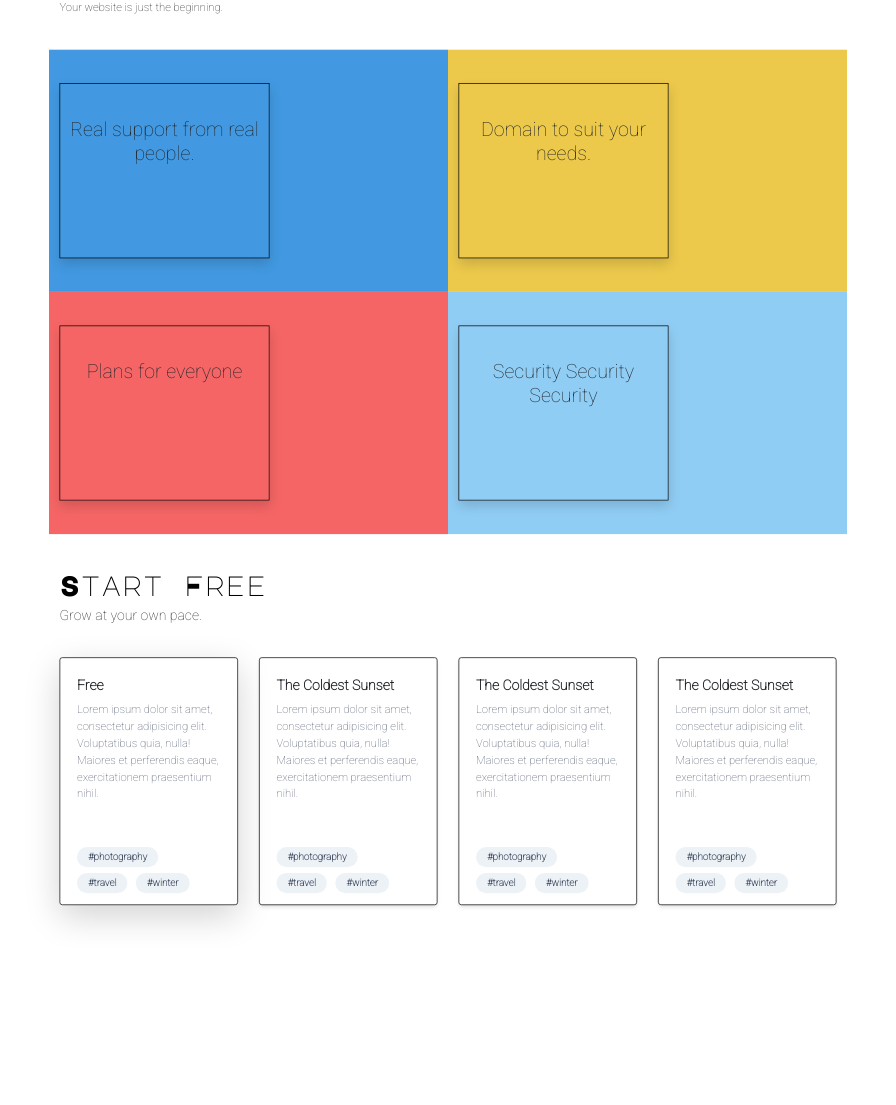
Repository: latenightsnacc/TriSpace
Page: home.html
These files come from the project's save history. The page is drawn as it stood at one moment and after the next save; the edit follows.
The browser window is 1280 px wide. The pictures show the part of the page from y = 3310 to 5230 px (the page is 4889 px tall before and 5230 px after), at 70% of full size.
The style sheet was rebuilt from its Sass, Less or Tailwind sources for each picture, by a compiler version that may differ from the author's.

Above is the page before, as saved 2020-11-20 10:09:23.

After the next save:
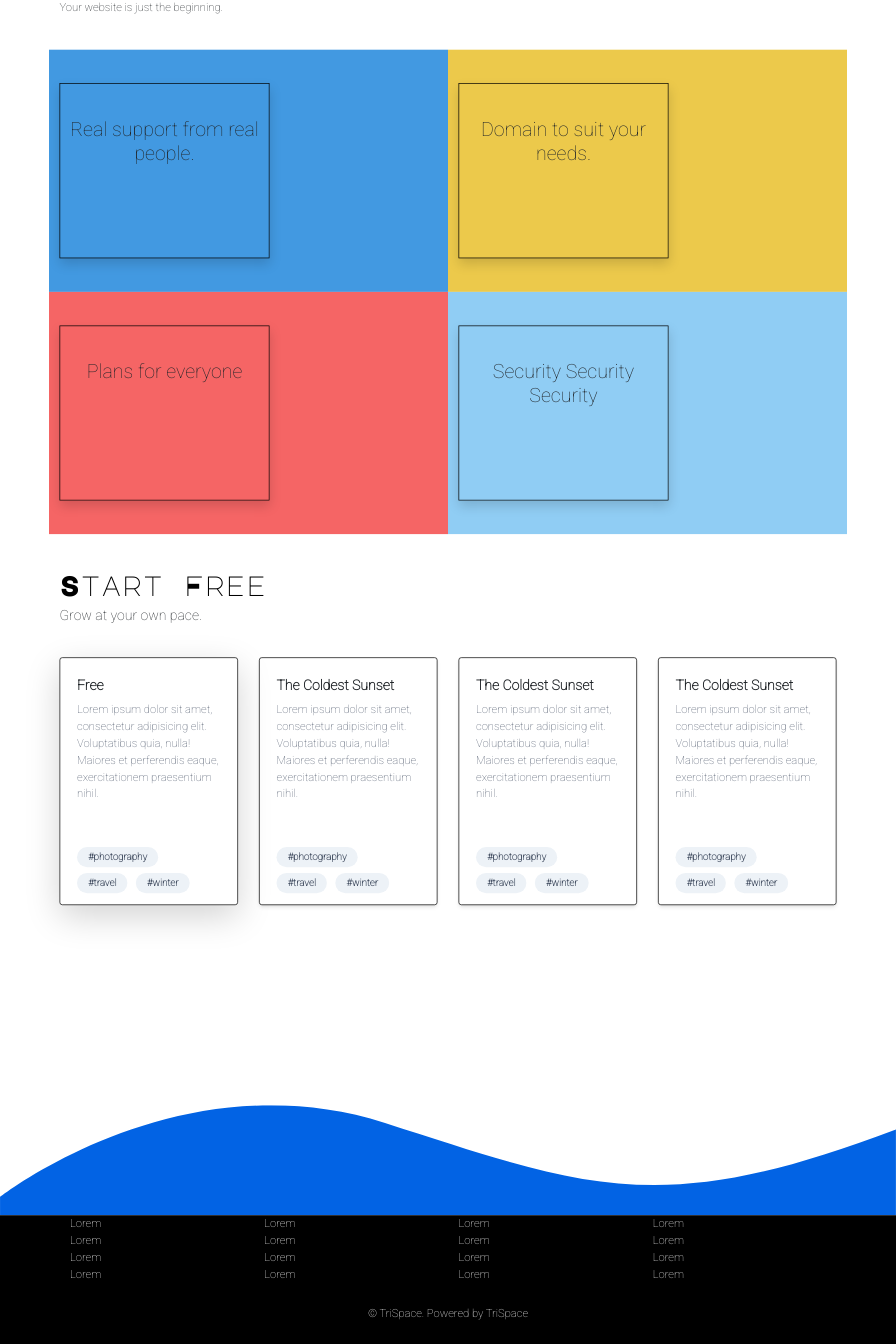
Saved 27 s later.
--- a/home.html
+++ b/home.html
@@ -279,6 +279,91 @@
             </div>
         </div>
         <!--End of Pricing-->
+
+        <!--SVG BACKGROUND-->
+        <svg id="curve" data-name=" Layer 1" xmlns="https://www.w3.org/2000/svg" viewBox= "0 0 1416.99 174.01">
+            <defs>
+                <style>
+                    .cls-1{fill: #0263e4;}
+                </style>
+            </defs>
+            <title>Wavy Background</title>
+            <path class="cls-1" d="M0,280.8S283.66,59,608.94,163.56s437.93,150.57,808,10.34V309.54H0V280.8Z" transform="translate(0 -135.53)"/>
+        </svg>
+        <!--End of SVG-->
+
+        <!--Footer-->
+        <div class="footer wavy">
+            <div class="container">
+                <div class="row mx-auto">
+                    <div class="col-xs-6 col-s-6 col-md-3 col-lg-3 col-xl-3">
+                        <ul class="footer-menu">
+                            <li>
+                                <a href="#" class="text-white footer-link">Lorem</a>
+                            </li>
+                            <li>
+                                <a href="#" class="text-white footer-link">Lorem</a>
+                            </li>
+                            <li>
+                                <a href="#" class="text-white footer-link">Lorem</a>
+                            </li>
+                            <li>
+                                <a href="#" class="text-white footer-link">Lorem</a>
+                            </li>
+                        </ul>
+                    </div>
+                    <div class="col-xs-6 col-s-6 col-md-3 col-lg-3 col-xl-3">
+                        <ul class="footer-menu">
+                            <li>
+                                <a href="#" class="text-white footer-link">Lorem</a>
+                            </li>
+                            <li>
+                                <a href="#" class="text-white footer-link">Lorem</a>
+                            </li>
+                            <li>
+                                <a href="#" class="text-white footer-link">Lorem</a>
+                            </li>
+                            <li>
+                                <a href="#" class="text-white footer-link">Lorem</a>
+                            </li>
+                        </ul>
+                    </div>
+                    <div class="col-xs-6 col-s-6 col-md-3 col-lg-3 col-xl-3">
+                        <ul class="footer-menu">
+                            <li>
+                                <a href="#" class="text-white footer-link">Lorem</a>
+                            </li>
+                            <li>
+                                <a href="#" class="text-white footer-link">Lorem</a>
+                            </li>
+                            <li>
+                                <a href="#" class="text-white footer-link">Lorem</a>
+                            </li>
+                            <li>
+                                <a href="#" class="text-white footer-link">Lorem</a>
+                            </li>
+                        </ul>
+                    </div>
+                    <div class="col-xs-6 col-s-6 col-md-3 col-lg-3 col-xl-3">
+                        <ul class="footer-menu">
+                            <li>
+                                <a href="#" class="text-white footer-link">Lorem</a>
+                            </li>
+                            <li>
+                                <a href="#" class="text-white footer-link">Lorem</a>
+                            </li>
+                            <li>
+                                <a href="#" class="text-white footer-link">Lorem</a>
+                            </li>
+                            <li>
+                                <a href="#" class="text-white footer-link">Lorem</a>
+                            </li>
+                        </ul>
+                    </div>
+                </div>
+                <p class="text-center text-white py-3">&copy; TriSpace. Powered by TriSpace</p>
+            </div>
+        </div>
     </div>
     <!--Bootstrap Scripts-->
     <script src="https://code.jquery.com/jquery-3.5.1.slim.min.js" integrity="sha384-DfXdz2htPH0lsSSs5nCTpuj/zy4C+OGpamoFVy38MVBnE+IbbVYUew+OrCXaRkfj" crossorigin="anonymous"></script>
